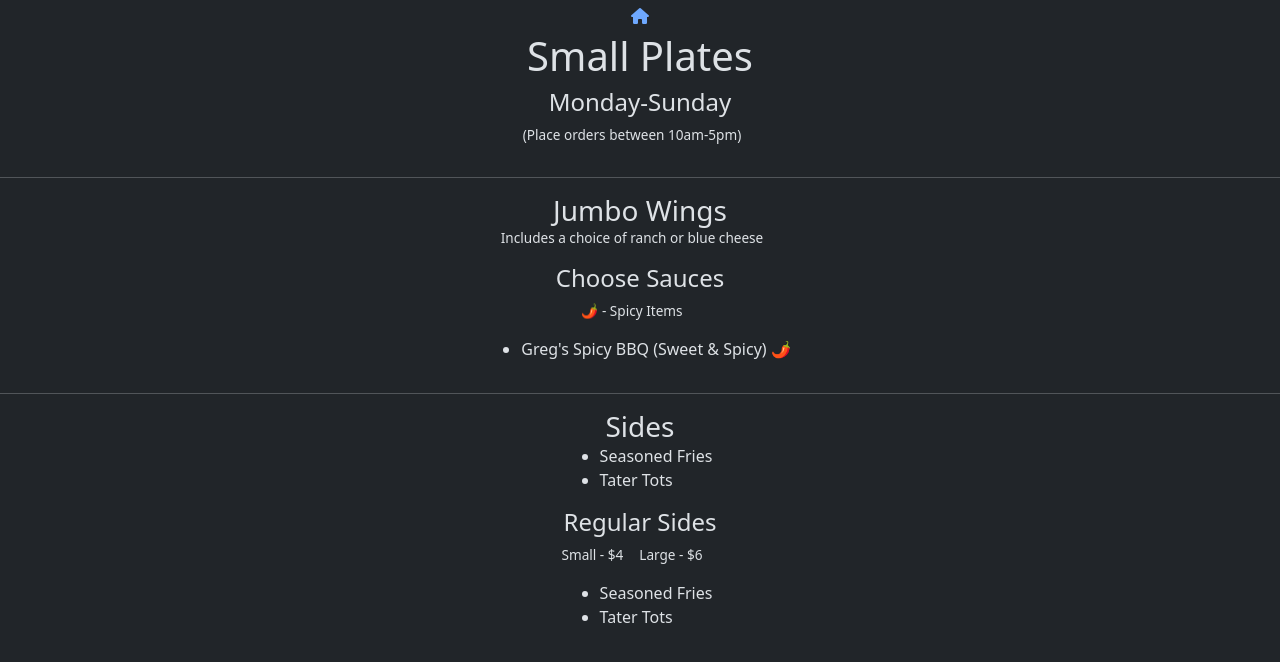
Repository: dukedward/smokehousemenu
Page: plates/index.html
These files come from the project's save history. The page is drawn as it stood at one moment and after the next save; the edit follows.
The browser window is 1280 px wide. The pictures show the whole page.
Some web libraries are served in a nearby version.

Above is the page before, as saved 2023-03-06 13:23:38.

After the next save:
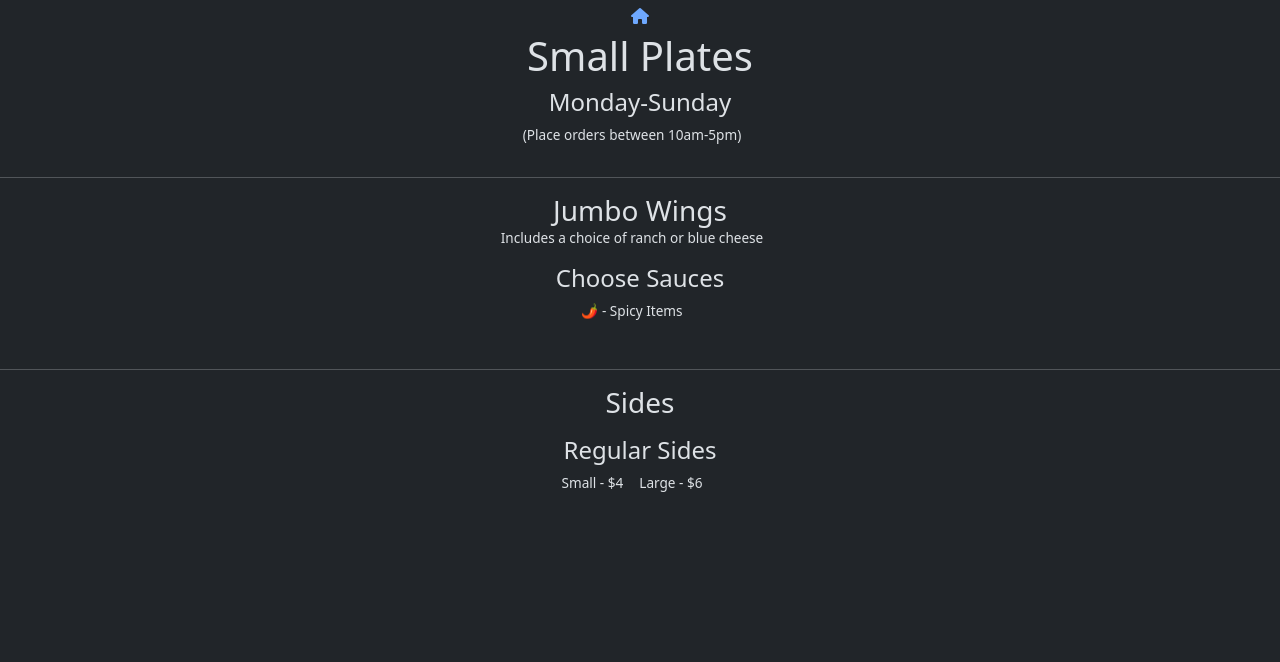
Saved 42 s later.
--- a/script.js
+++ b/script.js
@@ -128,7 +128,7 @@ function addSection() {
                                 if (catName === prodName) {
                                     const newSubSectListItem = document.createElement('li');
                                     newSubSectListItem.innerHTML = products[p].name
-                                    newSubSectList.appendChild(newSubSectListItem)
+                                    // newSubSectList.appendChild(newSubSectListItem)
                                 }
 
                             }

After the save that followed:
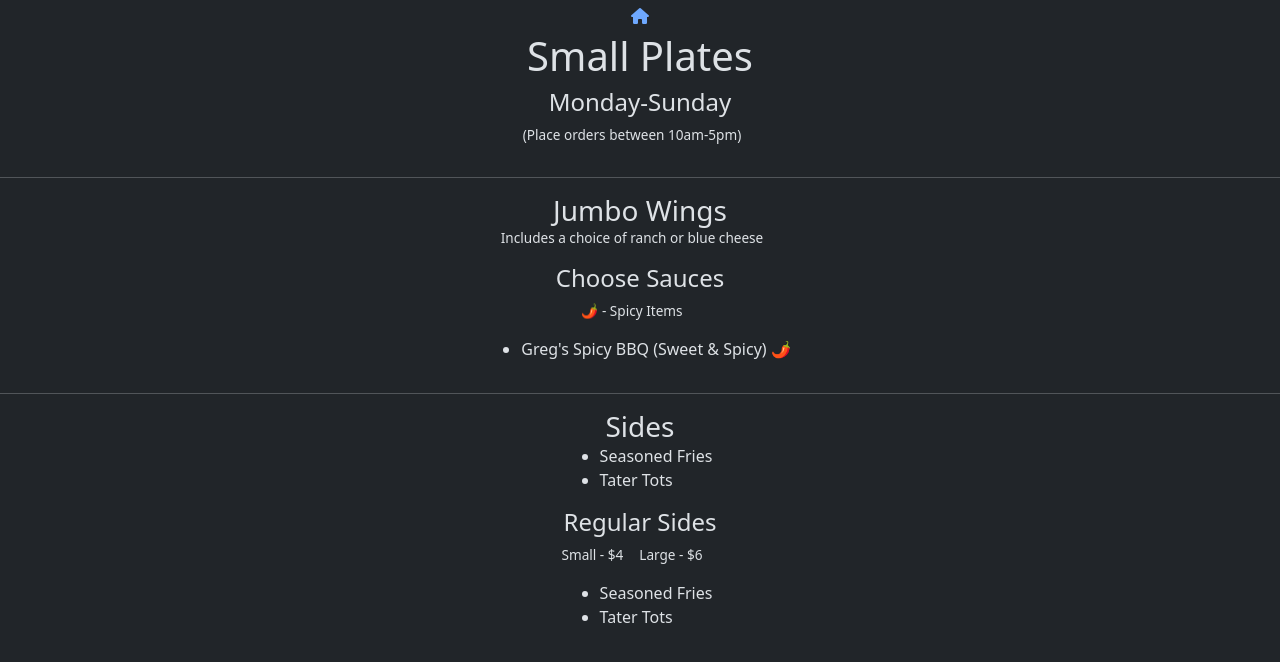
Saved 7 s later.
--- a/script.js
+++ b/script.js
@@ -128,7 +128,7 @@ function addSection() {
                                 if (catName === prodName) {
                                     const newSubSectListItem = document.createElement('li');
                                     newSubSectListItem.innerHTML = products[p].name
-                                    // newSubSectList.appendChild(newSubSectListItem)
+                                    newSubSectList.appendChild(newSubSectListItem)
                                 }
 
                             }
